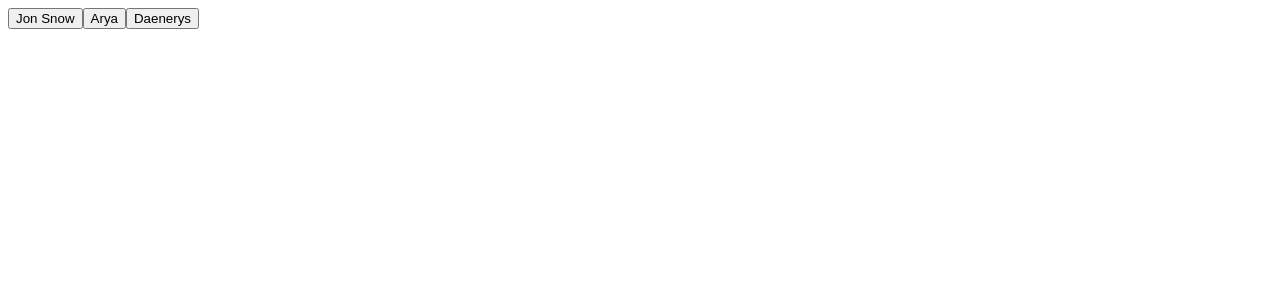
Repository: dsaftler/GifTastic
Page: index.html
The author's editor kept a copy of each file at every save. The page is drawn from the files as they stood at one save, then again after the next save.
The browser window is 1280 px wide. The pictures show the whole page.
Some web libraries are served in a nearby version.

Above is the page before, as saved 2019-04-18 17:45:04.

After the next save:
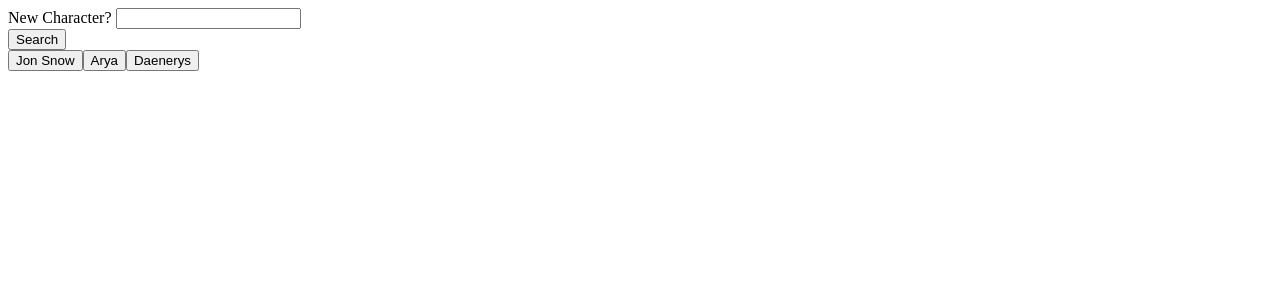
Saved 73 s later.
--- a/index.html
+++ b/index.html
@@ -9,11 +9,43 @@
     <!-- custom css -->
     <link rel="stylesheet" href="assets/CSS/style.css" type="text/css">
 
-  <title>GOT Giffy</title>
+  <title>GOT Giffy?</title>
 </head>
 <body>
 <div class="container">
   <div class="btnsDiv">
+  <div class="getTopic">
+
+    <form role="form">
+
+      <!-- Here we create the text box for capturing the search term-->
+      <div class="form-group">
+        <label for="search">New Character? </label>
+        <input type="text" class="form-control" id="search-term">
+      </div>
+
+      <!-- Here we capture the number of records that the user wants to retrieve  -->
+      <!-- <div class="form-group">
+        <label for="pwd">Number of Imagess to Retrieve:</label>
+        <select id="article-count" class="custom-select" aria-labelledby="dropdownMenuButton">
+          <option selected value="1">1</option>
+          <!-- Setting the option for 5 as default -->
+          <!-- <option value="5" selected>5</option>
+          <option value="10">10</option>
+        </select>
+      </div> -->
+
+
+      <!-- Here we have our final submit button -->
+      <button type="submit" class="btn btn-default" id="run-search">
+        <i class="fa fa-search"></i> Search</button>
+
+    </form>
+
+
+
+
+  </div>
   <div class="showGifs">
 
   </div>
